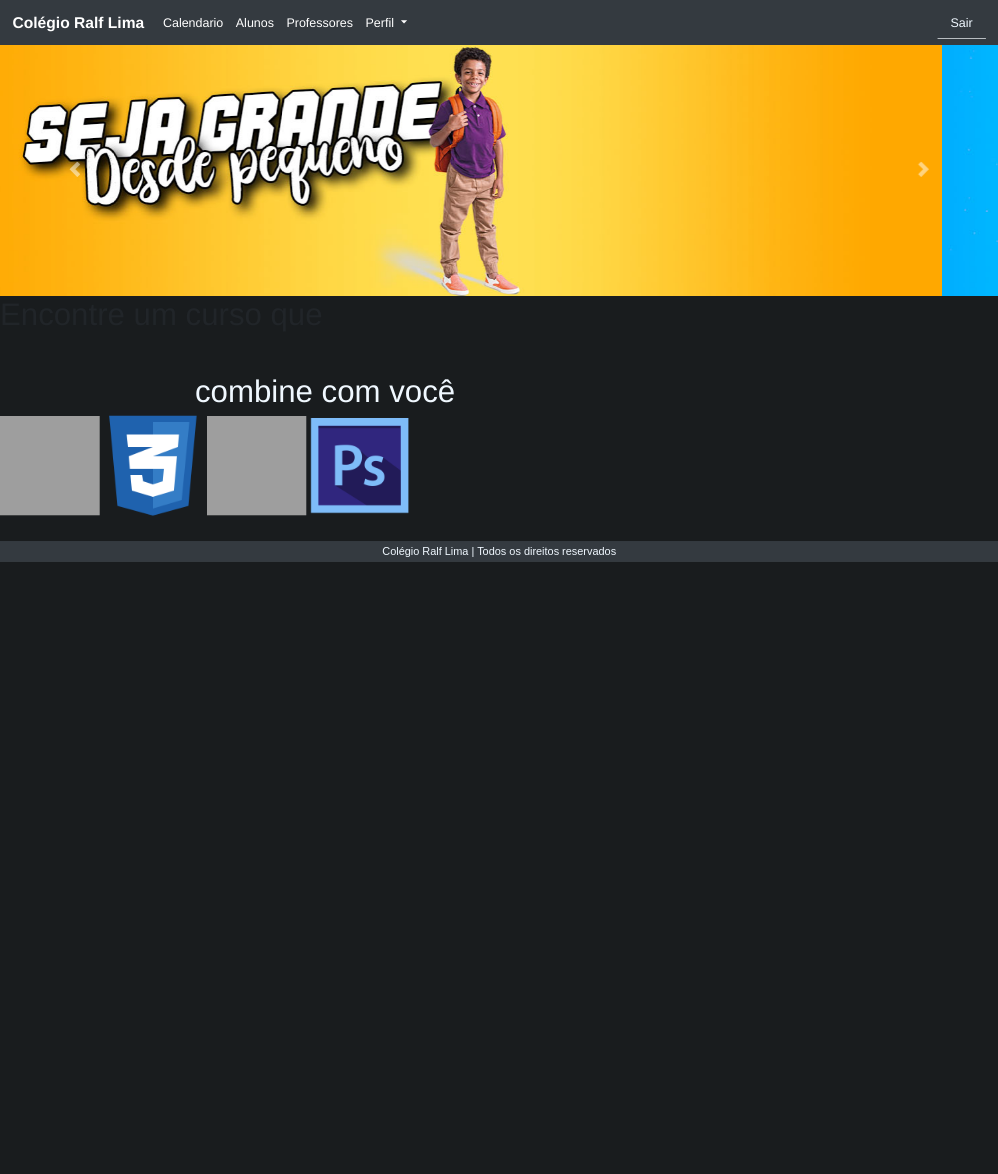
Repository: Philipssou/Sistema-Escolar2
Page: http://localhost/Sistema_Escolar_Gustavo/principal.jsp
An editor plug-in stored every save of this project. The page is shown before and after the next save, followed by the edit.
The browser window is 1280 px wide. The pictures show the whole page, at 78% of full size.
Pictures or frames that could not be fetched are drawn as grey boxes. Some web libraries are served in a nearby version. The page is served by Tomcat 9. The session is filled in as if someone had signed in: {"adm": 1}.

Above is the page before, as saved 2019-07-11 03:41:16.

After the next save:
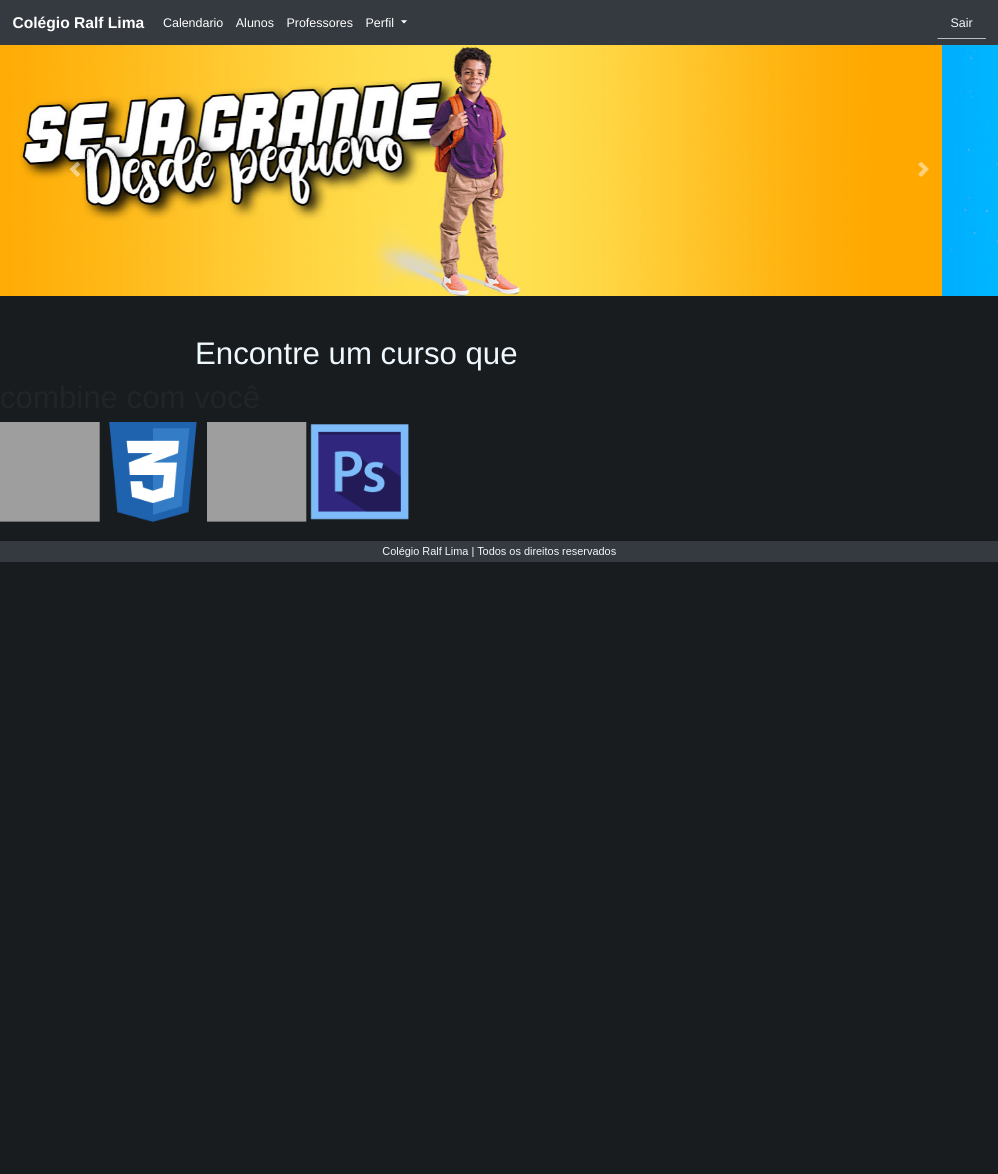
Saved 27 s later.
--- a/Trabalho escolar/Sistema Escolar Gustavo/WebContent/principal.jsp
+++ b/Trabalho escolar/Sistema Escolar Gustavo/WebContent/principal.jsp
@@ -35,8 +35,8 @@
   </a>
 </div>
 
-	<h1 class="curso">Encontre um curso que</h1>
-	<h1 class="encontre">combine com você</h1>
+	<h1 class="encontre">Encontre um curso que</h1>
+	<h1 class="curso">combine com você</h1>
 
 	<div class="cursos">
 	<img src="icone/java.png" width="128px" height="128px">
